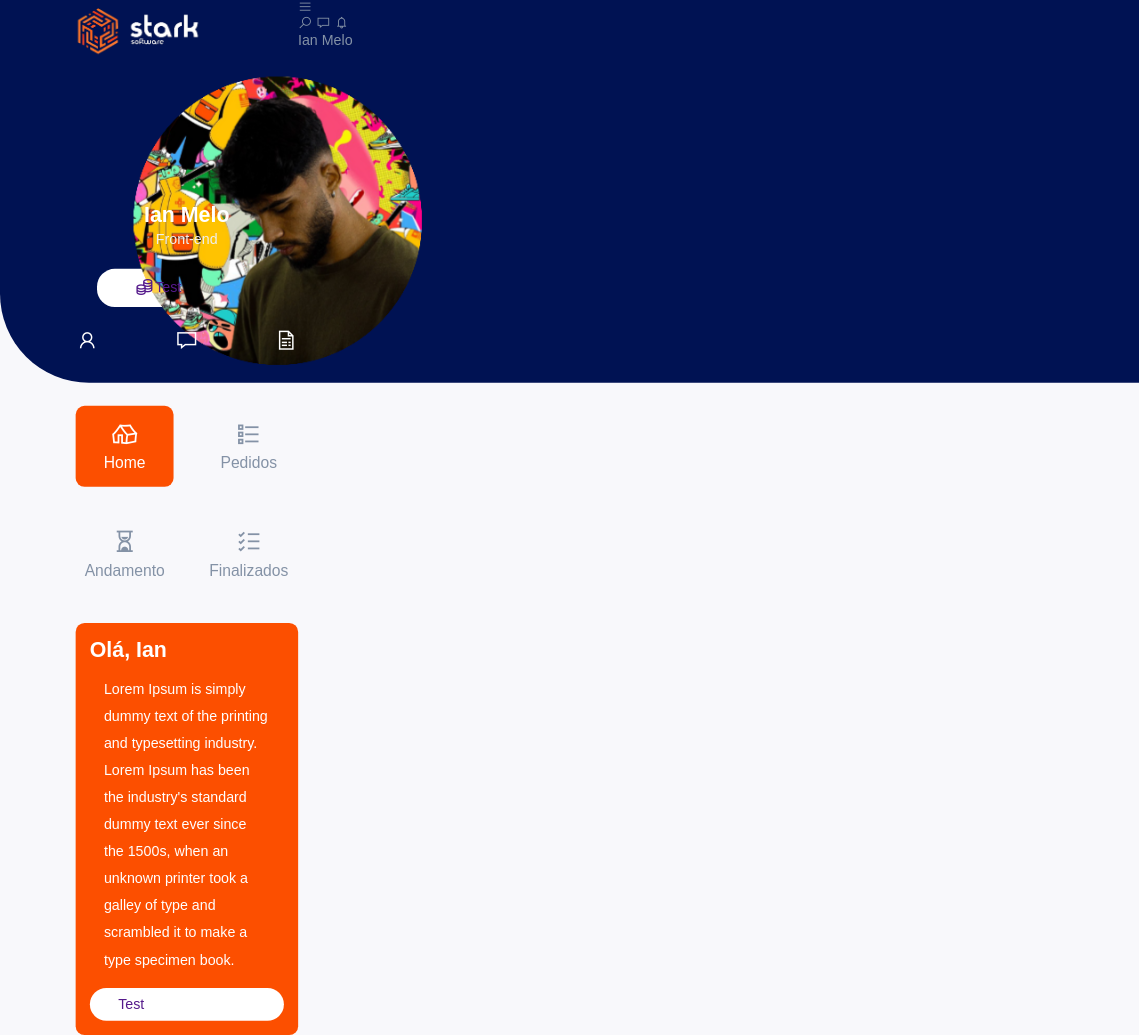
Repository: ichumbo/StarkDashboard
Page: index.html
These files come from the project's save history. The page is drawn as it stood at one moment and after the next save; the edit follows.
The browser window is 1280 px wide. The pictures show the whole page, at 89% of full size.
Pictures or frames that could not be fetched are drawn as grey boxes.

Above is the page before, as saved 2023-06-06 19:20:38.

After the next save:
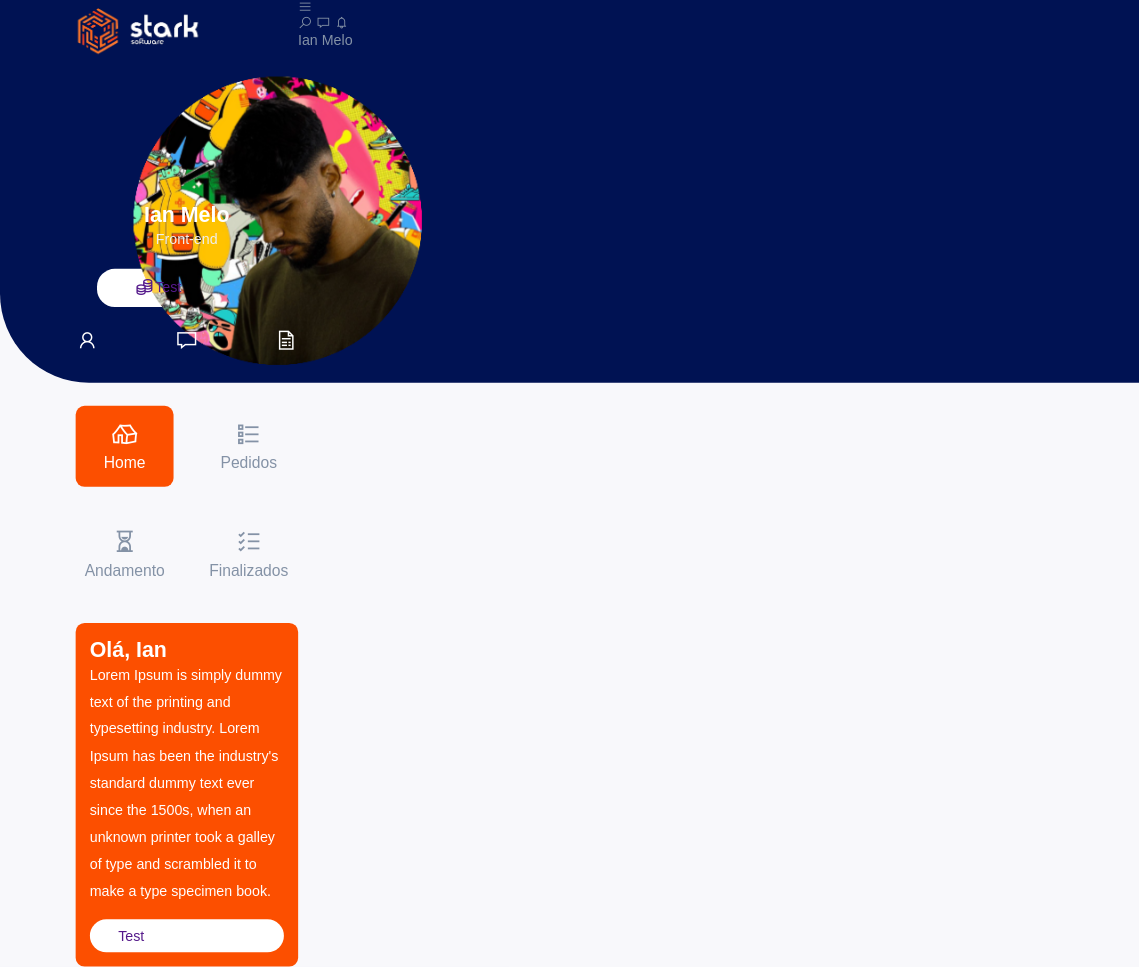
Saved 5 s later.
--- a/css/sidebar.css
+++ b/css/sidebar.css
@@ -108,5 +108,5 @@
 
 .sidebar-card p {
     line-height: 1.9rem;
-    margin: 1rem;
+    margin-bottom: 1rem;
 }
